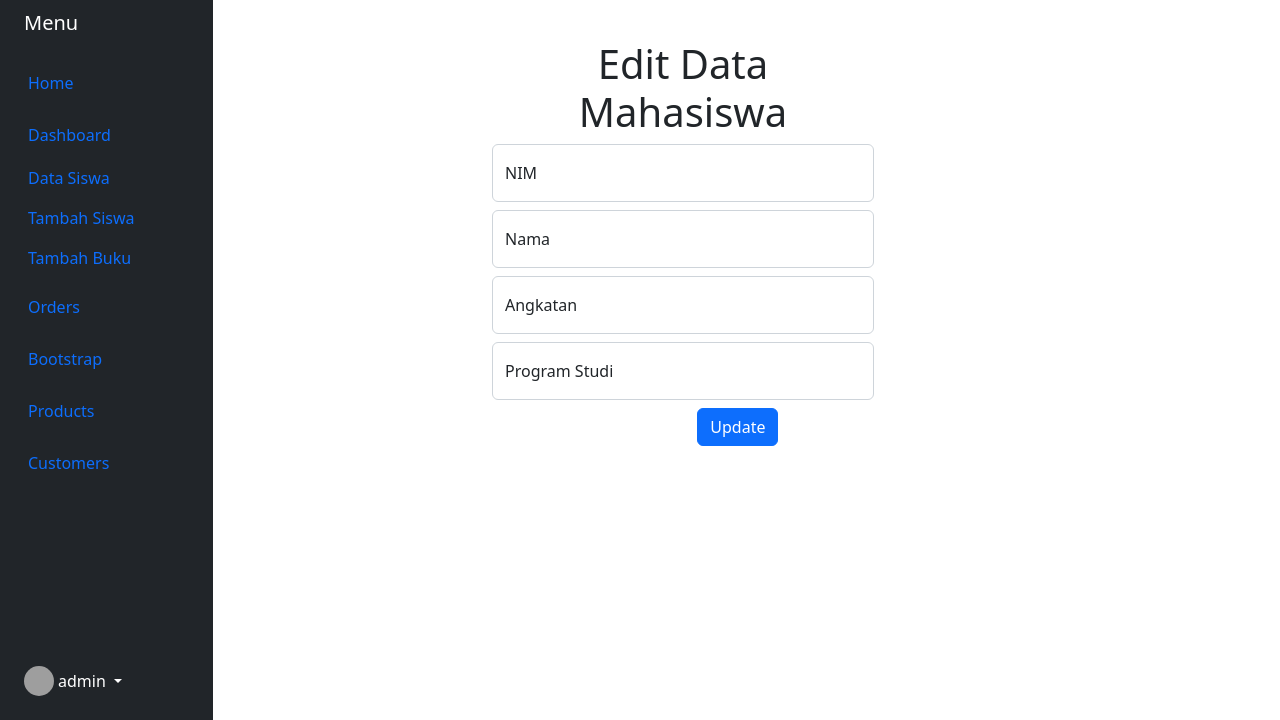
Repository: ervina991/uas-headless-cms
Page: /admin/siswa-gql/updatesiswa
An editor plug-in stored every save of this project. The page is shown before and after the next save, followed by the edit.
The browser window is 1280 px wide. The pictures show the whole page.
Pictures or frames that could not be fetched are drawn as grey boxes. The project was rebuilt for these pictures with package versions that can differ from the ones it lists, and the page was loaded fresh each time. The framework's server and built-in components were replaced by stand-ins that run in the browser. Also part of the build but not shown: next.config.js.

Above is the page before, as saved 2023-01-16 17:33:23.

### pages/_app.js
//import '../styles/globals.css'
import React from 'react'
import { SessionProvider } from 'next-auth/react'
import 'bootstrap/dist/css/bootstrap.min.css'

function MyApp({ Component, pageProps:{session, ...pageProps} }) {
  return (
    <SessionProvider session={session}>
      <Component {...pageProps} />
    </SessionProvider>
  );
}

export default MyApp

### pages/admin/siswa-gql/updatesiswa.jsx
//@ts-check

import React from "react";
import UpdateMahasiswa from "../../../components/admin/mahasiswa-gql/UpdateMahasiswa";
import AdminLayout from "../../../components/admin/AdminLayout";

const updatemahasiswa = () => {
    return (
        <div>
            <AdminLayout>
                <UpdateMahasiswa />
            </AdminLayout>
        </div>
    );
}

export default updatemahasiswa;

### components/admin/mahasiswa-gql/UpdateMahasiswa.jsx
//@ts-check

import React from "react";
import { useEffect, useState } from "react";
import Router, {useRouter} from "next/router";
import { ApolloClient, InMemoryCache, gql } from "@apollo/client";

const client = new ApolloClient({
    uri: 'http://localhost:1337/graphql',
    cache: new InMemoryCache()
})

const UpdateMahasiswa = () => {
    //Deklarasi state
    const [_nim, setNim] = useState('');
    const [_nama,setNama] = useState('');
    const [_angkatan, setAngkatan] = useState('');
    const [_prodi, setProdi] = useState('');

    //mengambil data yang dikirim melalui router
    const router = useRouter();
    const {id, nim, nama, angkatan, prodi} = router.query;

    useEffect(() => {
        if (typeof nim == 'string') {
            setNim(nim);
        }
        if (typeof nama == 'string') {
            setNama(nama);
        }
        if (typeof angkatan == 'string') {
            setAngkatan(angkatan);
        }
        if (typeof prodi == 'string') {
            setProdi(prodi)
        }
    },[nim,nama,angkatan,prodi])

    const submitHandler = async (e) => {
        e.preventDefault()

        try {
            await client.mutate({
                mutation: gql`
                    mutation{
                        updateMahasiswa(id:${id},
                            data:{
                                nama:"${_nama}",
                                angkatan:"${_angkatan}",
                                prodi:"${prodi}"
                            })
                            {
                                data{
                                    id
                                }
                            }
                    }
                `
            })

            alert("Update Mahasiswa Sukses")
            Router.push('/admin/mahasiswa-gql/datamahasiswa')
        } catch (e) {
            //throw Error (e.message)
            console.log({message: e.message});
        }
    }

return (
    <div>
        <div className="container mt-4">
            <form className="w-50 mx-auto" onSubmit={submitHandler}>
                <h1 className="w-75 text-center">Edit Data Mahasiswa</h1>
                <div className="w-75">
                    <div className="form-floating">
                        <input className="form-control mb-2" id="nim" type="text" placeholder="NIM" value={_nim} onChange={(e) => setNim(e.target.value)} />
                        <label htmlFor="nim">NIM</label>
                    </div>

                    <div className="form-floating">
                        <input className="form-control mb-2" id="nama" type="text" placeholder="nama" value={_nama} onChange={(e) => setNama(e.target.value)} />
                        <label htmlFor="nim">Nama</label>
                    </div>

                    <div className="form-floating">
                        <input className="form-control mb-2" id="angkatan" type="text" placeholder="angkatan" value={_angkatan} onChange={(e) => setAngkatan(e.target.value)}/>
                        <label htmlFor="nim">Angkatan</label>
                    </div>

                    <div className="form-floating">
                        <input className="form-control mb-2" id="prodi" type="text" placeholder="Program Studi" value={_prodi} onChange={(e) => setProdi(e.target.value)} />
                        <label htmlFor="nim">Program Studi</label>
                    </div>
                <div className="w-75 d-flex flex-row-reverse">
                    <button className="btn btn-primary" type="submit">Update</button>
                </div>

                </div>
            </form>
        </div>
    </div>
);
}

export default UpdateMahasiswa;

### components/admin/AdminLayout.js

import SideBar from './SideBar';

function AdminLayout({children}) {
    return (
        <div>
            <SideBar children = {children} />
                {/* {children}
            </SideBar> */}
        </div>
    );
}
export default AdminLayout;

### components/admin/siswa-gql/UpdateSiswa.jsx
//@ts-check

import React from "react";
import { useEffect, useState } from "react";
import Router, {useRouter} from "next/router";
import { ApolloClient, InMemoryCache, gql } from "@apollo/client";

const client = new ApolloClient({
    uri: 'http://localhost:1337/graphql',
    cache: new InMemoryCache()
})

const UpdateSiswa = () => {
    //Deklarasi state
    const [_kdinduk, setKdinduk] = useState('');
    const [_nama,setNama] = useState('');
    const [_gender, setGender] = useState('');
    const [_kelas, setKelas] = useState('');

    //mengambil data yang dikirim melalui router
    const router = useRouter();
    const {id, kdinduk, nama, gender, kelas} = router.query;

    useEffect(() => {
        if (typeof kdinduk == 'string') {
            setKdinduk(kdinduk);
        }
        if (typeof nama == 'string') {
            setNama(nama);
        }
        if (typeof gender == 'string') {
            setGender(gender);
        }
        if (typeof kelas == 'string') {
            setKelas(kelas)
        }
    },[kdinduk,nama,gender,kelas])

    const submitHandler = async (e) => {
        e.preventDefault()

        try {
            await client.mutate({
                mutation: gql`
                    mutation{
                        updateSiswa(id:${id},
                            data:{
                                nama:"${_nama}",
                                gender:"${_gender}",
                                kelas:"${kelas}"
                            })
                            {
                                data{
                                    id
                                }
                            }
                    }
                `
            })

            alert("Update Siswa Sukses")
            Router.push('/admin/siswa-gql/datasiswa')
        } catch (e) {
            //throw Error (e.message)
            console.log({message: e.message});
        }
    }

return (
    <div>
        <div className="container mt-4">
            <form className="w-50 mx-auto" onSubmit={submitHandler}>
                <h1 className="w-75 text-center">Edit Data Siswa</h1>
                <div className="w-75">
                    <div className="form-floating">
                        <input className="form-control mb-2" id="kdinduk" type="text" placeholder="KDINDUK" value={_kdinduk} onChange={(e) => setKdinduk(e.target.value)} />
                        <label htmlFor="kdinduk">KDINDUK</label>
                    </div>

                    <div className="form-floating">
                        <input className="form-control mb-2" id="nama" type="text" placeholder="nama" value={_nama} onChange={(e) => setNama(e.target.value)} />
                        <label htmlFor="kdinduk">Nama</label>
                    </div>

                    <div className="form-floating">
                        <input className="form-control mb-2" id="gender" type="text" placeholder="gender" value={_gender} onChange={(e) => setGender(e.target.value)}/>
                        <label htmlFor="kdinduk">Gender</label>
                    </div>

                    <div className="form-floating">
                        <input className="form-control mb-2" id="kelas" type="text" placeholder="Program Studi" value={_kelas} onChange={(e) => setKelas(e.target.value)} />
                        <label htmlFor="kdinduk">Kelas</label>
                    </div>
                <div className="w-75 d-flex flex-row-reverse">
                    <button className="btn btn-primary" type="submit">Update</button>
                </div>

                </div>
            </form>
        </div>
    </div>
);
}

export default UpdateSiswa;

Loaded but not shown: components/admin/SideBar.js (246 lines, source omitted)

After the next save:
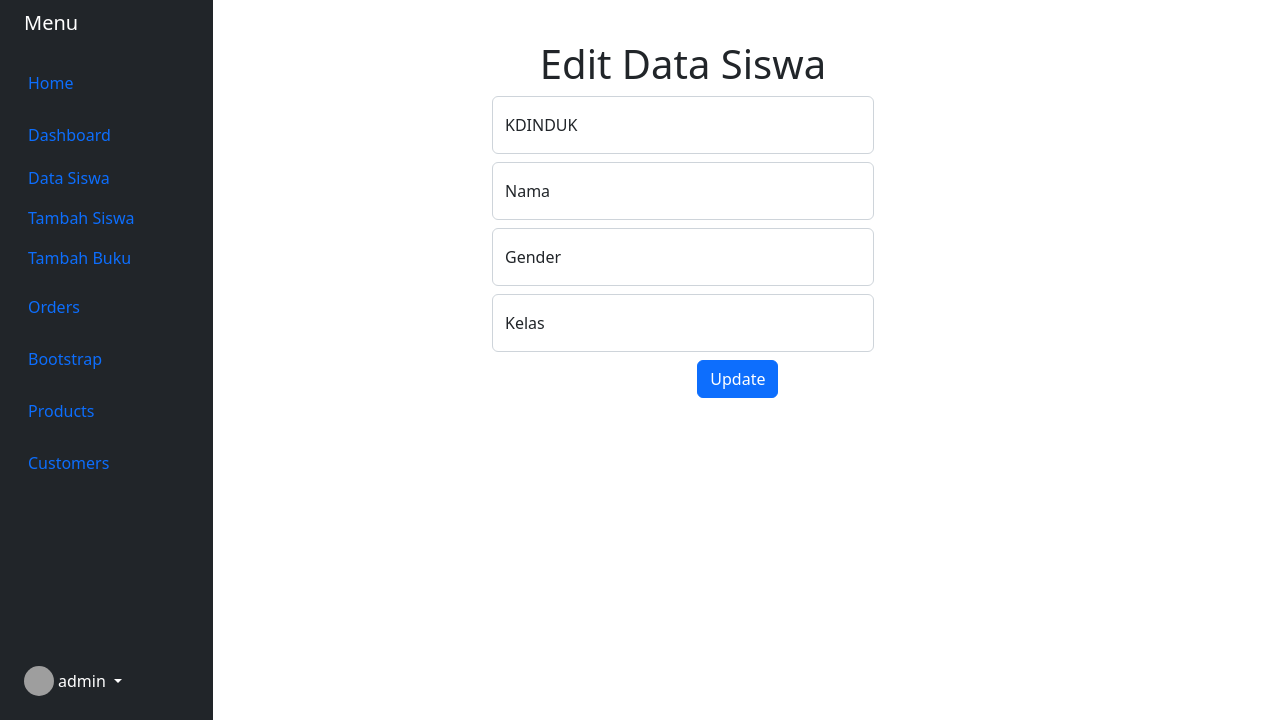
Saved 2 s later.
--- a/pages/admin/siswa-gql/updatesiswa.jsx
+++ b/pages/admin/siswa-gql/updatesiswa.jsx
@@ -1,17 +1,17 @@
 //@ts-check
 
 import React from "react";
-import UpdateMahasiswa from "../../../components/admin/mahasiswa-gql/UpdateMahasiswa";
+import UpdateSiswa from "../../../components/admin/siswa-gql/UpdateSiswa";
 import AdminLayout from "../../../components/admin/AdminLayout";
 
-const updatemahasiswa = () => {
+const updatesiswa = () => {
     return (
         <div>
             <AdminLayout>
-                <UpdateMahasiswa />
+                <UpdateSiswa />
             </AdminLayout>
         </div>
     );
 }
 
-export default updatemahasiswa;
+export default updatesiswa;
